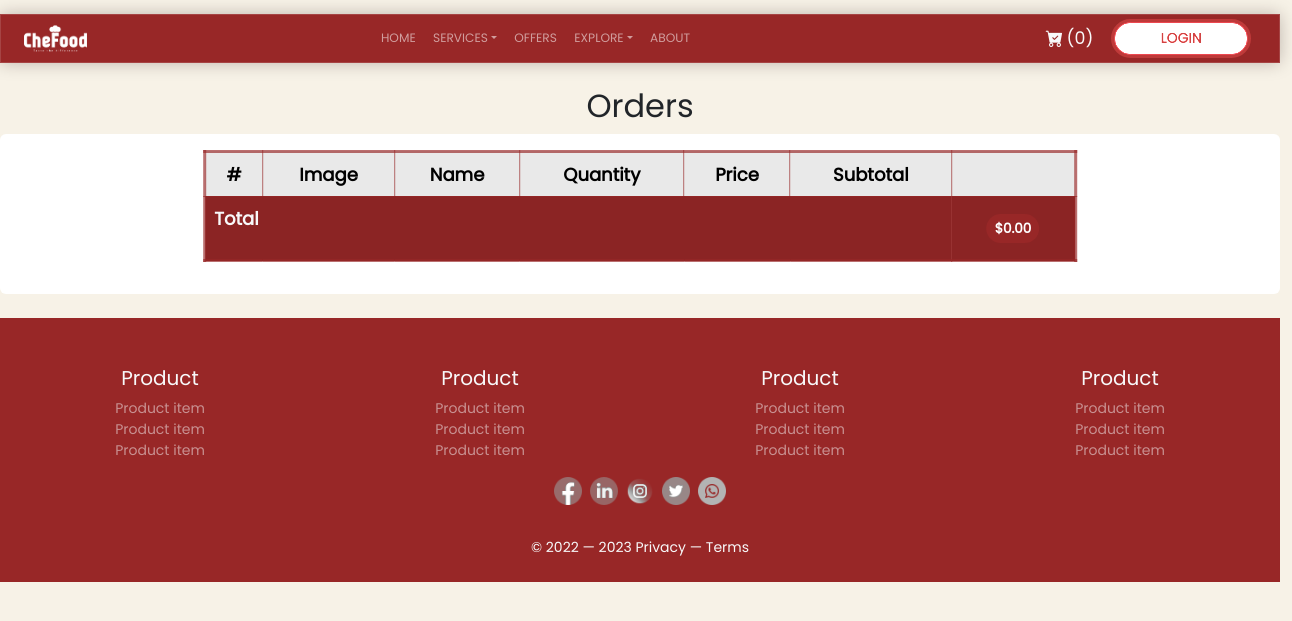
Repository: qamchamine/chefood
Page: /cart (app in front-end/)
These files come from the project's save history. The page is drawn as it stood at one moment and after the next save; the edit follows.
The browser window is 1280 px wide. The page is 1292 px wide, so the pictures cover 1292 px, including what lies to the right of the window. The pictures show the whole page.
The project was rebuilt for these pictures with package versions that can differ from the ones it lists, and the page was loaded fresh each time. Some packages were replaced by stand-ins written for this rebuild. Also part of the build but not shown: front-end/src/css/products.css, front-end/src/components/small_components/ProductCard.jsx, front-end/src/components/small_components/AddProduct.jsx, front-end/src/components/pages/sub-pages/Products.jsx, front-end/src/components/small_components/ButtonMain.jsx, front-end/src/components/small_components/HomeCard.jsx, front-end/src/components/small_components/HomeCardFullSection.jsx, front-end/src/components/pages/Home.jsx and 34 more. Imported but missing from the stored project, and not drawn on this page: front-end/src/sounds/applause.mp3, front-end/src/sounds/wheel.mp3.

Above is the page before, as saved 2023-06-25 20:29:17.

### front-end/public/index.html
<!DOCTYPE html>
<html lang="en">
  <head>
    <meta charset="utf-8" />
    <link rel="icon" href="%PUBLIC_URL%/favicon.ico" />
    <meta name="viewport" content="width=device-width, initial-scale=1" />
    <meta name="theme-color" content="#000000" />
    <meta
      name="description"
      content="Web site created using create-react-app"
    />
    <link
    rel="stylesheet"
    href="https://fonts.googleapis.com/css?family=Roboto:400,700"
  />
  <link rel="stylesheet" href="https://cdn.jsdelivr.net/npm/bootstrap-icons@1.10.5/font/bootstrap-icons.css">

    <link rel="apple-touch-icon" href="%PUBLIC_URL%/logo192.png" />
    <link rel="manifest" href="%PUBLIC_URL%/manifest.json" />

    <link rel="stylesheet" href="https://fonts.googleapis.com/icon?family=Material+Icons">

    <link rel="stylesheet" href="https://maxcdn.bootstrapcdn.com/font-awesome/4.7.0/css/font-awesome.min.css">
    <script src="https://code.jquery.com/jquery-3.5.1.min.js"></script>
    <script src="https://cdn.jsdelivr.net/npm/popper.js@1.16.0/dist/umd/popper.min.js"></script>




    <title>React App</title>
  </head>
  <body>

    <div id="root"></div>
<!--     <script src="jquery/jquery-3.6.0.js"></script>  -->
    <script src="https://unpkg.com/sweetalert/dist/sweetalert.min.js"></script>

  </body>
</html>

### front-end/src/config/ShoppingContext.jsx

  import React, { createContext, useState, useEffect } from 'react';
  import Swal from 'sweetalert2'
  import axios from 'axios';

   const ShoppingContext = createContext();

const ShoppingProvider = ({ children }) => {
/*     const [orders,setOrders] = useState([])
     */

/*       function removeFromCart(item){
        setCartItems(cartItems.filter(product => product.id !== item.id));
        Swal.fire({
          position: 'top-end',
          icon: 'success',
          title: 'Your item has been removed',
          showConfirmButton: false,
          timer: 1500
        });
      } */

      return (
    <ShoppingContext.Provider value={
        { /* orders,setOrders */
          /* products,  cartItems, removeFromCart */
        }
      }>      {children}
    </ShoppingContext.Provider>
  );
};
export { ShoppingContext, ShoppingProvider }

### front-end/src/components/Footer.jsx
import React, { useEffect } from 'react'

import Facebook from '../images/icons/facebook.png'
import Linkedin from '../images/icons/linkedin.png'
import Instagram from '../images/icons/instagram.png'
import Twitter from '../images/icons/twitter.png'
import Whatsapp from '../images/icons/whatsapp.png'
import './../css/nav-footer.css';
export default function Footer() {

    return (
        <div className='footer container-fluid' style={{ background: '#982727' }}>
            <footer className=' py-2 pt-5 d-grid text-light'>
                <div className='row justify-content-around text-center '>
                    <div className='d-grid col-6 col-sm-12 col-md-6 col-lg-4 col-xl-3'>
                        <h5>Product</h5>
                        <a className='text-decoration-none text-light opacity-50' href="">Product item</a>
                        <a className='text-decoration-none text-light opacity-50' href="">Product item</a>
                        <a className='text-decoration-none text-light opacity-50' href="">Product item</a>
                    </div>
                    <div className='d-grid col-6 col-sm-12 col-md-6 col-lg-4 col-xl-3'>
                        <h5>Product</h5>
                        <a className='text-decoration-none text-light opacity-50' href="">Product item</a>
                        <a className='text-decoration-none text-light opacity-50' href="">Product item</a>
                        <a className='text-decoration-none text-light opacity-50' href="">Product item</a>
                    </div>
                    <div className='d-grid col-6 col-sm-12 col-md-6 col-lg-4 col-xl-3'>
                        <h5>Product</h5>
                        <a className='text-decoration-none text-light opacity-50' href="">Product item</a>
                        <a className='text-decoration-none text-light opacity-50' href="">Product item</a>
                        <a className='text-decoration-none text-light opacity-50' href="">Product item</a>
                    </div>
                    <div className='d-grid col-6 col-sm-12 col-md-6 col-lg-4 col-xl-3'>
                        <h5>Product</h5>
                        <a className='text-decoration-none text-light opacity-50' href="">Product item</a>
                        <a className='text-decoration-none text-light opacity-50' href="">Product item</a>
                        <a className='text-decoration-none text-light opacity-50' href="">Product item</a>
                    </div>
                </div>
                <div className='footer-icons row justify-content-center py-3 '>
                    <div className='d-flex gap-2 justify-content-center'>
                        <a href=""> <img src={Facebook} className='footer-icon' alt="" /> </a>
                        <a href=""> <img src={Linkedin} className='footer-icon' alt="" /> </a>
                        <a href=""> <img src={Instagram} className='footer-icon' alt="" /> </a>
                        <a href=""> <img src={Twitter} className='footer-icon' alt="" /> </a>
                        <a href=""> <img src={Whatsapp} className='footer-icon' alt="" /> </a>

                    </div>
                </div>
                <div className='row justify-content-center py-3'>
                    © 2022 — 2023 Privacy — Terms
                </div>
            </footer>
        </div>

    )
}

### front-end/src/css/home.css
.homeBG {
    height: fit-content;
    position: relative;
    right: -10%;
    top: 34%;
    z-index: -1;
    width: 100em !important;


}
@font-face {
    font-family: 'poppin';
    src: url('../fonts/Poppins/Poppins-Regular.ttf') ;
    font-weight: normal;
    font-style: normal;
  }
body {
    font-family:'poppin', sans-serif !important;
    background-color: #F7F2E7 !important;
    max-width: 100vw;
    font-weight: normal !important;
    overflow-x: hidden;
    font-size: 14px !important;
}

body::-webkit-scrollbar {
    width: 0;
}

.nb {
/*     position: fixed; */
/*     top: 1em; */
    background-color: #982727 !important;
    box-shadow: 0 0px 20px #1f020241;
    border: 1px solid #ffffff22;
}

.navbar {
    background-color: #982727 !important;
}

.changeColor {
    background-color: blue !important;
}

.signUP {
    background: white !important;
    color: #982727 !important;
    font-weight: bold !important;
    outline: 5px solid #982727ab;
    outline-offset: -2px;
    transition: 500ms ease;


}

.homeContent {
    height: 90vh;
    z-index: 0;
    margin-top: -1.5em !important;
}

.homeContent h1 {
    color: #F7F2E7;
    text-align: start;
width: 40vw !important;
}

.homeContent h1 span {
    position: relative;
    display: inline-block;
    margin-bottom: 10px;
    padding: 4px 20px 8px;
    transition: 1s ease;
}

.homeContent h1 span::before {
    content: '';
    position: absolute;
    background: #982727;
    left: 0;
    top: 0;
    z-index: -1;
    width: 100%;
    height: 100%;
    transform: skew(-10deg);
}

.homeContent h1 span:last-child::before {
    transform: skew(10deg);
}

.homeContent p {
    width: 72%;
    color: #982727;
    text-align: left;
}

.homeContent .homeMainButtons {
    width: 72%;
}

.cardBtn {
    transition: 1s ease;
}

.cardBtn:hover {
    filter: brightness(130%);

}

.cardBtn i {
    left: 63%;
    transition: 300ms ease;
}

.cardBtn:hover i {
    left: 75%;
}

.btnMain:hover {
    filter: brightness(130%);
}

.card-img-top {
    object-fit: cover;
}

.signUP:hover {

    background: #982727 !important;
    color: white !important;
    font-weight: bold !important;
    outline: 5px solid #ffffff55;
    outline-offset: -4px;
}

.cardsGroup:not(:first-child) {
    translate: 50% 0;
}

.arrow-1-1 {
    position: absolute;
    top: 50%;
    left: 0;
}

.home .carousel-control-prev-icon,
.home .carousel-control-next-icon {

    width: 1.3em;
    height: 1.3em;
    color:black !important;

    outline: 12px solid #982929;
    outline-offset: -1px;
    background-color: #982929;
    background-size: 100%, 100%;
    border-radius: 50%;
    box-shadow: 0 0 10px black;
}

.home .carousel-control-prev,
.home .carousel-control-next {
    z-index: 10;
    width: 4em !important;
/*     background: red; */

}

/* .py-4 {
    padding-top: 0rem !important;
    padding-bottom: 0rem !important;
} */

.nb{
    zoom:87%;
}

### front-end/src/css/cart.css
.ajouterPanierTable td{
    font-size: .9em;
    width: fit-content !important;
    text-align: center;
}
.ajouterPanierTable th{
    width: fit-content !important;
    text-align: center;
    background: rgba(0, 0, 0, 0.088) !important;
}
.ajouterPanierTable .cart-footer{
    background: #982727 !important;
    vertical-align: center !important;
}

.ajouterPanierTable {
width: 70% !important;
position: relative;
left: 50%;
translate: -50% 0;
border: .2em solid #982727aa !important;
}
.cart-page .card {
    box-shadow:none;
}

### front-end/src/css/Reviews.css
.Reviews-color
{
  color : #982727;
  text-transform: uppercase;
  letter-spacing: 0.5em;
}
.Reviews-paragraph
{
  font-size: 0.8em;
}
.parent-card{
    margin-top:50px !important;
}
.card
{
    border: none !important;
    box-shadow: 0 4px 8px 0 rgba(0, 0, 0, 0.2), 0 6px 20px 0 rgba(0, 0, 0, 0.19);
}
.user-name
{
    color : #000D7E;
}
.description
{
    color: #982727;
    font-size: 0.75em;
}
.comment{
    margin:5px;
    font-size:0.55em;
}
.reviewCardImage{
    margin-top:16px;
}
.reviewCard:hover .reviewCardImage{
    scale:1.2;
    margin-inline:.3em;
}
.reviewCard:hover .reviewCardImage{
    transition:300ms ease;
}
.reviewCard:hover .hoverstar{
    scale:1.2;
    margin-inline:.3em;
}
.reviewCard .hoverstar{
    transition:300ms ease;
}
.reviewCardImage{
    width:40%;
    transition:300ms ease;
}

.reviewCard strong{
    left:50%;
    translate:-50% 0;
    width:100%;
    bottom:.9em;
}

.the-bottom-page{
    margin-top:25px;
    position: absolute;
    left: auto;
    right: 0;
}

@media (max-width: 1200px) { /* Extra large devices (large desktops, 1200px and up) */
    .card {
      width: 100%;
    }
    .col-4 {
      width: 33.33333333%;
    }
    strong img{
        width: 19px;
    }
  }
  @media (max-width: 1118px) { /* Large devices (desktops, 992px and up) */
    .card {
      width: 100%;
    }
    .col-4 {
        width: 33.33333333%;
    }
    strong img{
        width: 16px;
    }
  }
  @media (max-width: 992px) { /* Medium devices (tablets, 768px and up) */
    .card {
        width: 140%;
    }
  }
  @media (max-width: 770px) { /* Medium devices (tablets, 768px and up) */
    .card {
        width: 95%;
    }
    .col-4 {
        width: 25% !important;
    }
    .parent-card
    {
        --bs-gutter-x: 0.5rem;
        display: grid !important;
        grid-template-columns: repeat(2, 1fr);
    }
    .col-4 {
        margin-top:10px !important;
        width: 60% !important;
    }
  }
  @media (max-width: 716px) { /* Small devices (landscape phones, 576px and up) */

    .card {
        width: 95%;
    }
        strong img{
        width: 16px;
    }
  }
  @media only screen and (max-width: 576px){ /* Small devices (landscape phones, 576px and up) */

    .card {
        width: 95%;
    }
    .col-md-2 {
        flex: 0 0 16.666667%;
        max-width: 16.666667%;
    }
    strong img{
        width: 16px;
    }
  }

  @media only screen and (max-width: 528px){ /* Small devices (landscape phones, 576px and up) */

    .card {
        width: 70%;
        margin-left:30px;
    }
    .parent-card
    {
        --bs-gutter-x: 0.5rem;
        display: grid !important;
        grid-template-columns: repeat(1, 1fr);
    }
    .col-md-2 {
        flex: 0 0 16.666667%;
        max-width: 16.666667%;
    }
    strong img{
        width: 16px;
    }
  }

  @media only screen and (max-width: 365px){ /* Small devices (landscape phones, 576px and up) */

    .card {
        width: 80%;
        margin-left:20px;
    }
    .parent-card
    {
        --bs-gutter-x: 0.5rem;
        display: grid !important;
        grid-template-columns: repeat(1, 1fr);
    }
    .col-md-2 {
        flex: 0 0 16.666667%;
        max-width: 16.666667%;
    }
    strong img{
        width: 16px;
    }
  }

### front-end/src/css/location.css
@import url('https://fonts.googleapis.com/css2?family=Roboto:wght@100&display=swap');

.location-color
{
  color : #982727;
  text-transform: uppercase;
  letter-spacing: 0.3em;
}
.where-restorant
{
    width: 459px;
    margin:auto;
}
.restorant-location-title{
    font-family: 'Century Gothic';
    font-size:32px;
    font-weight:400;
}
.restorant-location-line{
    background:#B12222;
    height: 3px;
    width: 450px;
    display: inline-block;
    margin: 15px auto;
}
.restorant-location-p
{
    color:#000000 75%;
    font-size: 15px;
    font-weight: 400;
    font-family: 'Roboto', sans-serif;
}
.main-location{
    display: grid !important;
    grid-template-columns: repeat(2, 1fr);
    flex-direction: column;
    justify-content: center;
    align-items: center;
    text-align:center;
}
.restorant-location-btn{
    background-color: #B12222;
    border: none;
    width: 300px;
    height: 40px;
    border-radius: 15px;
    color: #fff;
}
.restorant-location-btn:hover{
    background-color: #fff;
    border: 2px solid #B12222;
    border-radius: 15px;
    color: #B12222;
}
.location-icon{
    margin-right: 15px;
}


  @media (max-width: 1123px) { /* Extra large devices (large desktops, 1200px and up) */
    .earth-image img{
        width: 450px;
    }
  }
  @media (max-width: 992px) { /* Medium devices (tablets, 768px and up) */
    .earth-image img{
        width: 400px;
    }
    .where-restorant {
        width: 400px;
        margin: auto;
    }
    .restorant-location-line{
        width: 350px;
        display: inline-block;
    }
  }
  @media (max-width: 868px) { /* Medium devices (tablets, 768px and up) */

    .earth-image img{
        width: 380px;
    }
    .where-restorant {
        width: 380px;
        margin: auto;
    }
    .restorant-location-line{
        width: 320px;
        display: inline-block;
    }
    .restorant-location-p{
        font-size: 13px;
    }
    .restorant-location-title{
        font-size:28px;
    }

  }
  @media (max-width: 783px) { /* Small devices (landscape phones, 576px and up) */
    .earth-image img{
        margin-top: 30px;
        width: 380px;
    }
    .where-restorant {
        width: 380px;
        margin: auto;
    }
    .restorant-location-line{
        width: 320px;
        display: inline-block;
    }
    .restorant-location-p{
        font-size: 15px;
    }
    .restorant-location-title{
        font-size:32px;
    }
    .main-location{
        display: grid !important;
        grid-template-columns: repeat(1, 1fr);
        justify-items: center;
        text-align:center;
    }
  }
  @media(max-width: 401px){ /* Small devices (landscape phones, 576px and up) */
    .earth-image img{
        width: 330px;
        margin-top: 30px;
    }
    .where-restorant {
        width: 330px;
        margin: auto;
    }
    .restorant-location-line{
        width: 320px;
        display: inline-block;
    }
    .restorant-location-p{
        font-size: 13px;
    }
    .restorant-location-title{
        font-size:28px;
    }
    .main-location{
        display: grid !important;
        grid-template-columns: repeat(1, 1fr);
        justify-items: center;
        text-align:center;
    }
  }

### front-end/src/css/contactus.css
@import url('https://fonts.googleapis.com/css2?family=Inter:wght@200;400&family=Quattrocento+Sans&family=Roboto&display=swap');

.contactus-color{
    color : #982727;
    text-transform: uppercase;
    letter-spacing: 0.3em;
}
.image-contactus img{
    height: 620px;
}
.main-contactus{
    display: grid !important;
    grid-template-columns: repeat(2, 1fr);
    justify-items: center;
}
.message-information-send{
    width:auto;
    margin:auto;
}
.message-information-send label
{
    margin:25px 0 10px 0;
    font-family: 'Inter';
    font-style: normal;
    font-weight: 400;
    font-size: 13px;
    line-height: 26px;
    color: #692C2C;
}
.message-information-send input{
    padding:3px 15px;
    margin:15 0px;
    Width:425px;
    Height:56px;
    background: #F7F2E7;
    border: 2px solid #982727;
    border-radius: 5px;
}
.message-information-send {
    outline: none;
}
.message-information-send textarea{
    padding:15px;
    Width:425px;
    Height:220px;
    background: #F7F2E7;
    border: 2px solid #982727;
    border-radius: 5px;
}
.message-information-send textarea,input::placeholder{
    font-family: 'Inter';
    font-style: normal;
    font-weight: 200;
    font-size: 12px;
}
.message-information-send input,textarea:focus-visible{
    outline: none;
}
.send-contact-btn{
    margin-top: 14px;
    background-color: #B12222;
    border: none;
    width: 425px;
    height: 40px;
    border-radius: 15px;
    color: #fff;
    font-family: 'Roboto';
    font-style: normal;
    font-weight: 500;
    font-size: 19px;
}
.send-icon{
    margin-right:15px;
}
.send-contact-btn:hover{
    background-color: #fff;
    border: 2px solid #B12222;
    border-radius: 15px;
    color: #B12222;
}









  @media (max-width: 1118px) { /* Large devices (desktops, 992px and up) */
    .image-contactus img{
        height: 620px;
        width:550px;
    }

    .message-information-send input{
        width:325px;
    }
    .message-information-send textarea{
        width:325px;
    }
    .send-contact-btn{
        width:325px;
    }
  }
  @media (max-width: 992px) { /* Medium devices (tablets, 768px and up) */
    .image-contactus img{
        margin: auto;
        height: 550px;
        width:450px;
    }
    .message-information-send{
        margin-right:50px;
    }
    .message-information-send input{
        width:325px;
    }
    .message-information-send textarea{
        width:325px;
    }
    .send-contact-btn{
        width:325px;
    }
  }
  @media (max-width: 881px) { /* Medium devices (tablets, 768px and up) */
    .image-contactus img{
        margin: auto;
        height: 550px;
        width:450px;
    }
    .main-contactus{
        display: grid !important;
        grid-template-columns: repeat(1, 1fr);
        flex-direction: column;
        justify-content: center;
        align-items: center;
    }
    .message-information-send{
        margin:auto;
    }
    .message-information-send input{
        width: 425px;
    }
    .message-information-send textarea{
        width: 425px;
    }
    .send-contact-btn{
        width: 425px;
    }
  }


  @media only screen and (max-width: 467px){ /* Small devices (landscape phones, 576px and up) */

    .image-contactus img{
        margin: auto;
        height: 500px;
        width:330px;
    }
    .main-contactus{
        display: grid !important;
        grid-template-columns: repeat(1, 1fr);
        justify-items: center;
    }
    .message-information-send{
        margin:auto;
    }
    .message-information-send input{
        width: 325px;
    }
    .message-information-send textarea{
        width: 325px;
    }
    .send-contact-btn{
        width: 325px;
    }

  }

### front-end/src/css/Timer.css

@import url(https://fonts.googleapis.com/css?family=Titillium+Web:400,200,200italic,300,300italic,900,700italic,700,600italic,600,400italic);

/* .timer {
  font-family: 'Titillium Web', cursive;
  width: 800px;
  margin: 0 auto;
  text-align: center;
  color: white;
  background: #222;
  font-weight: 100;
} */

.timer {
  display: inline-flex;
  line-height: 1;
  padding: 20px;
  font-size: 40px;
  font-family: 'Times New Roman', cursive;


}
.timerD{
    border-radius: 2px;
    padding: 5px;
    font-size: 10px;
    border: 70px rgb(131, 55, 55);
    box-shadow:2px 2px 4px rgba(0, 0, 0, 0.4), 4px 4px 8px rgba(0, 0, 0, 0.2);
}

.Stime {
  display: block;
  font-size: 20px;
  color: rgb(206, 178, 19);

}

#days {
  font-size: 80px;
  color: rgb(92, 25, 5);
  background-color:rgb(230, 230, 234);

  margin: 15px;
}
#hours {
  font-size: 80px;
  color: rgb(92, 25, 5);
  background-color:rgb(230, 230, 234);
  margin: 15px;
}
#minutes {
  font-size: 80px;

  color: rgb(92, 25, 5);
  background-color:rgb(230, 230, 234);
  margin: 15px;
}
#seconds {
  font-size: 80px;
  color: rgb(92, 25, 5);
  background-color:rgb(230, 230, 234);
  margin: 15px;
}

Loaded but not shown: front-end/src/index.css (common file); front-end/src/config/LoginContext.js (93 lines, source omitted); front-end/src/App.js (42 lines, source omitted); front-end/src/index.js (24 lines, source omitted); front-end/src/css/reservation.css (400 lines, source omitted); front-end/src/components/Navbar.jsx (179 lines, source omitted); front-end/src/components/small_components/shopping/Cart.jsx (90 lines, source omitted); front-end/src/css/nav-footer.css (258 lines, source omitted)

After the next save:
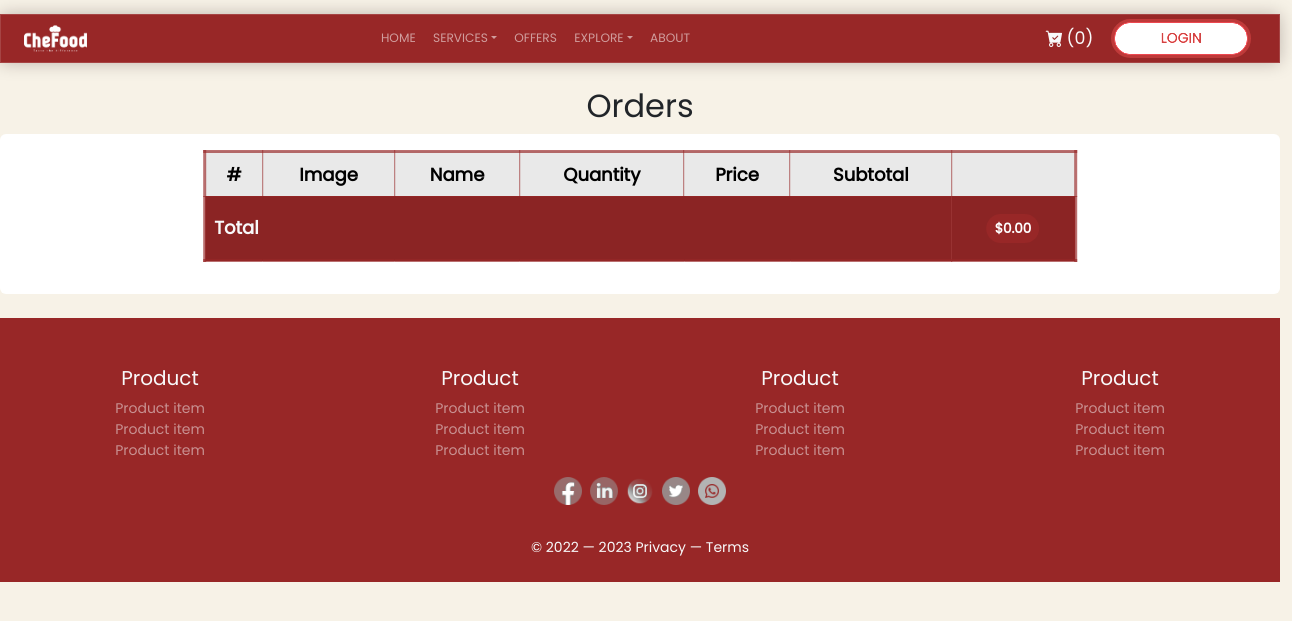
Saved 4 s later.
--- a/front-end/src/css/cart.css
+++ b/front-end/src/css/cart.css
@@ -10,7 +10,7 @@
 }
 .ajouterPanierTable .cart-footer{
     background: #982727 !important;
-    vertical-align: center !important;
+    vertical-align: middle !important;
 }
 
 .ajouterPanierTable {
